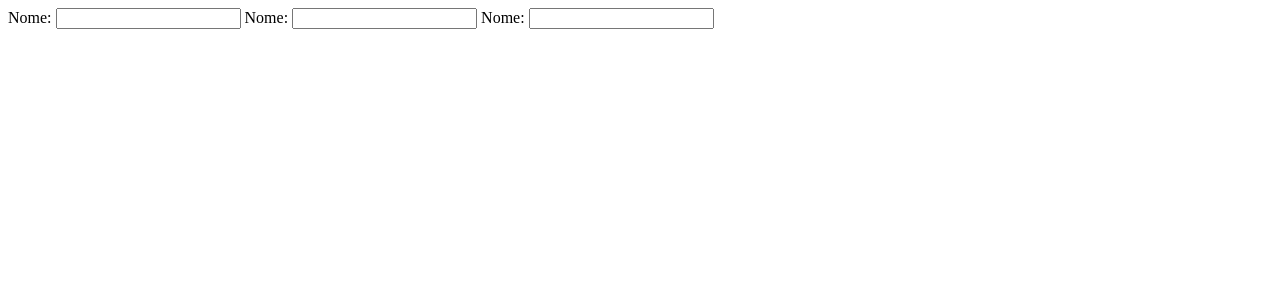
Repository: HigorRoc/Uninove_2021.1_AplicacaoWebQuarta
Page: usersManager/WebContent/formCadastro.html
These files come from the project's save history. The page is drawn as it stood at one moment and after a run of saves; the edit follows.
The browser window is 1280 px wide. The pictures show the whole page.

Above is the page before, as saved 2021-05-13 00:13:48.

### usersManager/WebContent/formCadastro.html
<!DOCTYPE html>
<html>
<head>
<meta charset="ISO-8859-1">
<title>Cadastro</title>
</head>
<body>
	<form>
		Nome: <input type="text" name="txtnome">
		Nome: <input type="text" name="txtnome">
		Nome: <input type=" name="txtnome">
	</form>
</body>
</html>

After the next 2 saves:
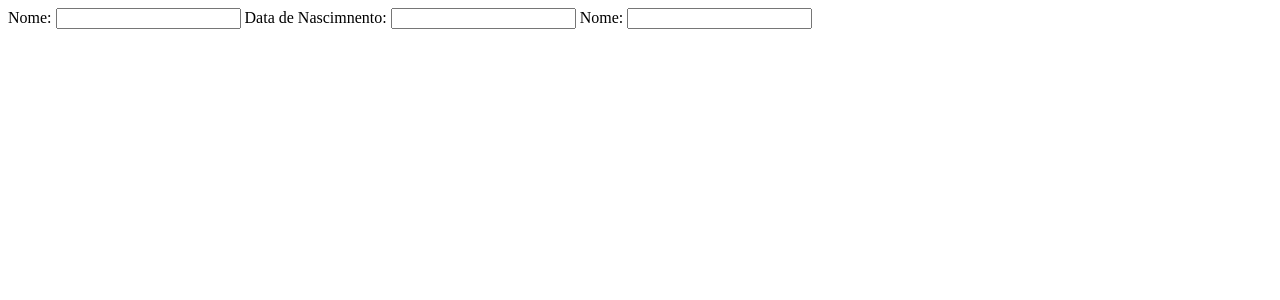
The 2 saves are shown as one change because they came seconds apart.
The last was saved 11 s later.
--- a/usersManager/WebContent/formCadastro.html
+++ b/usersManager/WebContent/formCadastro.html
@@ -7,7 +7,7 @@
 <body>
 	<form>
 		Nome: <input type="text" name="txtnome">
-		Nome: <input type="text" name="txtnome">
+		Data de Nascimnento: <input type="text" name="txtnome">
 		Nome: <input type=" name="txtnome">
 	</form>
 </body>
